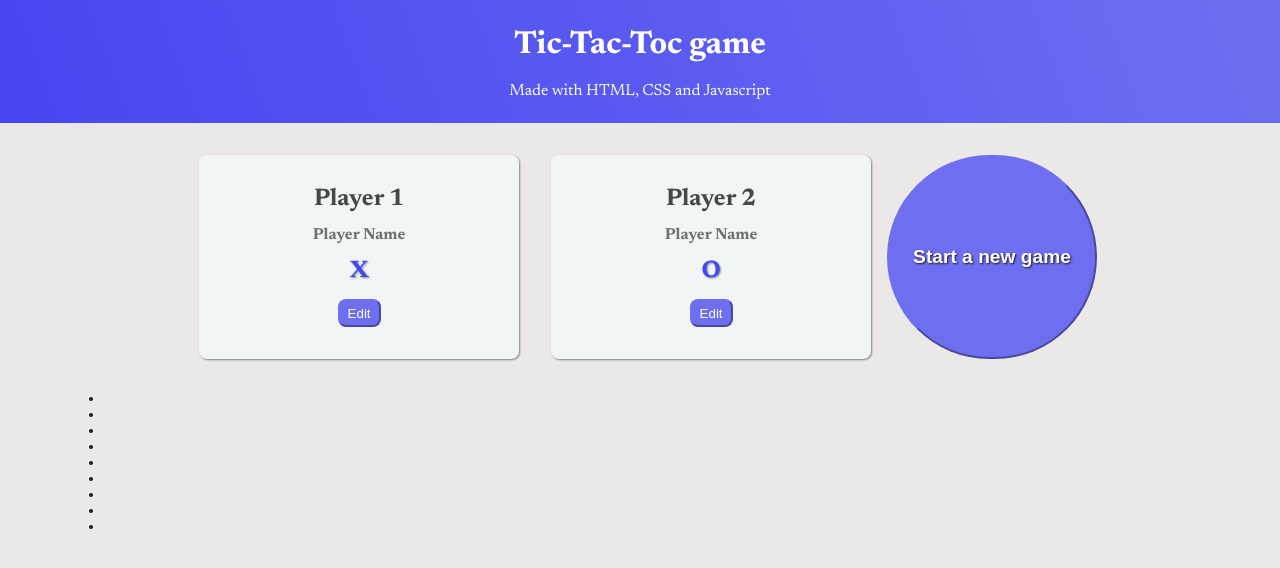
Repository: MicTomm/Tic-tac-toe-game
Page: index.html
The author's editor kept a copy of each file at every save. The page is drawn from the files as they stood at one save, then again after the next save.
The browser window is 1280 px wide. The pictures show the whole page.

Above is the page before, as saved 2023-06-23 17:00:45.
Not found: js-code

After the next save:
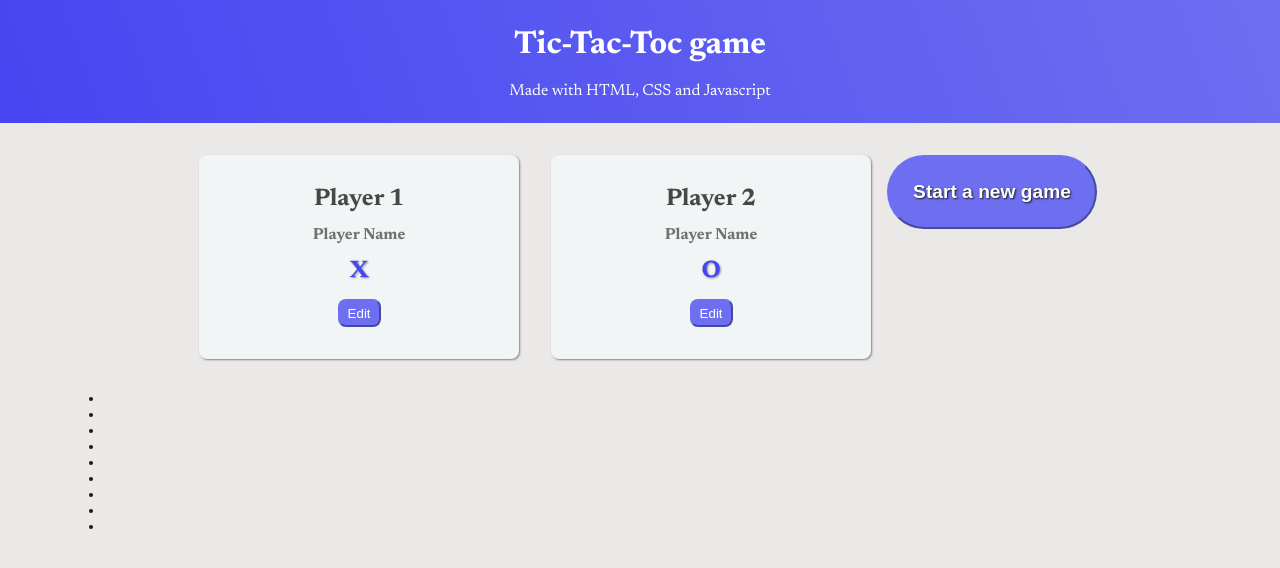
Saved 71 s later.
--- a/index.html
+++ b/index.html
@@ -58,7 +58,9 @@
                     </button>
                 </div>
             </article>
-            <button type="button" id="start-game" class="btn">Start a new game</button>
+            <div>
+                <button type="button" id="start-game" class="btn">Start a new game</button>
+            </div>
         </section>
         <section id="game-execution">
             <ul>
